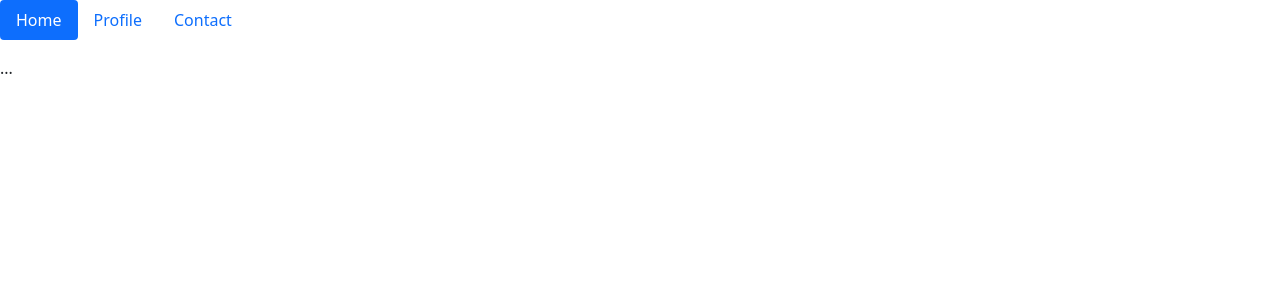
Repository: piyushiso/piyushiso.github.io
Page: tools/easylink/index.html
The author's editor kept a copy of each file at every save. The page is drawn from the files as they stood at one save, then again after the next save.
The browser window is 1280 px wide. The pictures show the whole page.

Above is the page before, as saved 2022-05-27 14:57:25.

After the next save:
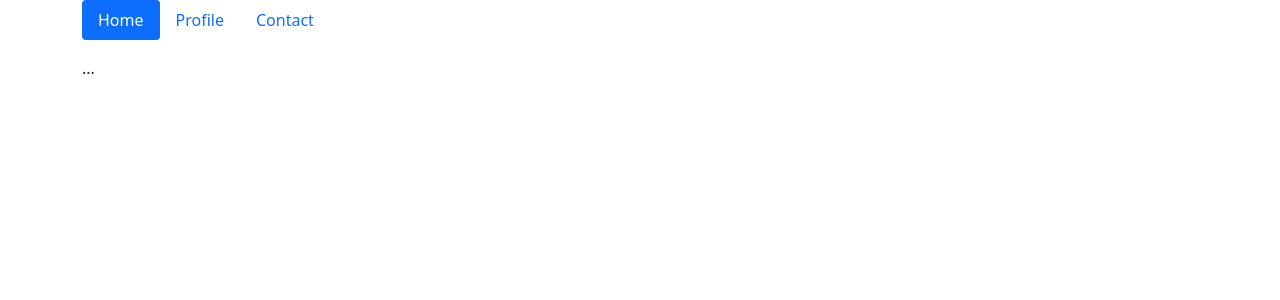
Saved 7 s later.
--- a/tools/easylink/index.html
+++ b/tools/easylink/index.html
@@ -8,23 +8,23 @@
 </head>
 <body>
     <div class="container">
+        <ul class="nav nav-pills mb-3" id="pills-tab" role="tablist">
+            <li class="nav-item" role="presentation">
+              <button class="nav-link active" id="pills-home-tab" data-bs-toggle="pill" data-bs-target="#pills-home" type="button" role="tab" aria-controls="pills-home" aria-selected="true">Home</button>
+            </li>
+            <li class="nav-item" role="presentation">
+              <button class="nav-link" id="pills-profile-tab" data-bs-toggle="pill" data-bs-target="#pills-profile" type="button" role="tab" aria-controls="pills-profile" aria-selected="false">Profile</button>
+            </li>
+            <li class="nav-item" role="presentation">
+              <button class="nav-link" id="pills-contact-tab" data-bs-toggle="pill" data-bs-target="#pills-contact" type="button" role="tab" aria-controls="pills-contact" aria-selected="false">Contact</button>
+            </li>
+          </ul>
+        <div class="tab-content" id="pills-tabContent">
+            <div class="tab-pane fade show active" id="pills-home" role="tabpanel" aria-labelledby="pills-home-tab">...</div>
+            <div class="tab-pane fade" id="pills-profile" role="tabpanel" aria-labelledby="pills-profile-tab">...</div>
+            <div class="tab-pane fade" id="pills-contact" role="tabpanel" aria-labelledby="pills-contact-tab">...</div>
+        </div>
 
-    </div>
-    <ul class="nav nav-pills mb-3" id="pills-tab" role="tablist">
-        <li class="nav-item" role="presentation">
-          <button class="nav-link active" id="pills-home-tab" data-bs-toggle="pill" data-bs-target="#pills-home" type="button" role="tab" aria-controls="pills-home" aria-selected="true">Home</button>
-        </li>
-        <li class="nav-item" role="presentation">
-          <button class="nav-link" id="pills-profile-tab" data-bs-toggle="pill" data-bs-target="#pills-profile" type="button" role="tab" aria-controls="pills-profile" aria-selected="false">Profile</button>
-        </li>
-        <li class="nav-item" role="presentation">
-          <button class="nav-link" id="pills-contact-tab" data-bs-toggle="pill" data-bs-target="#pills-contact" type="button" role="tab" aria-controls="pills-contact" aria-selected="false">Contact</button>
-        </li>
-      </ul>
-    <div class="tab-content" id="pills-tabContent">
-        <div class="tab-pane fade show active" id="pills-home" role="tabpanel" aria-labelledby="pills-home-tab">...</div>
-        <div class="tab-pane fade" id="pills-profile" role="tabpanel" aria-labelledby="pills-profile-tab">...</div>
-        <div class="tab-pane fade" id="pills-contact" role="tabpanel" aria-labelledby="pills-contact-tab">...</div>
     </div>
     <script src="https://cdn.jsdelivr.net/npm/bootstrap@5.0.2/dist/js/bootstrap.bundle.min.js" integrity="sha384-MrcW6ZMFYlzcLA8Nl+NtUVF0sA7MsXsP1UyJoMp4YLEuNSfAP+JcXn/tWtIaxVXM" crossorigin="anonymous"></script>
 </body>
